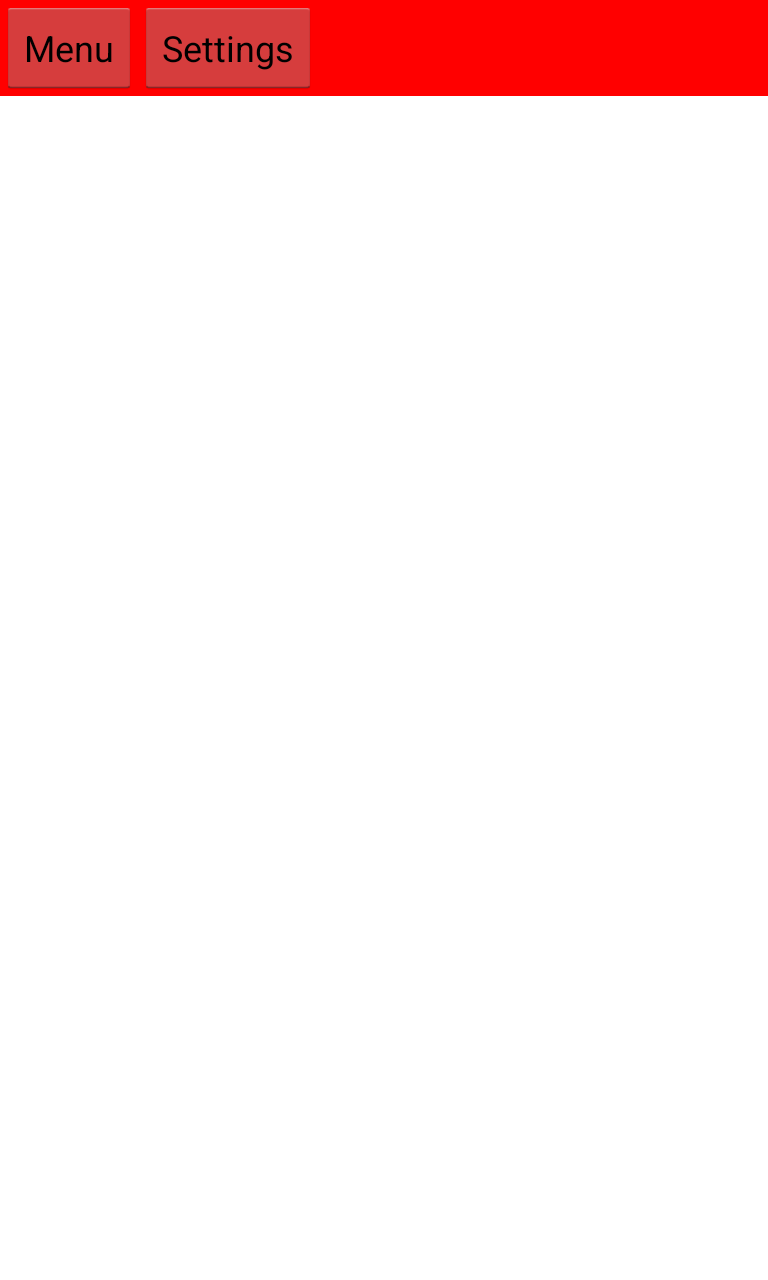
Repository: sbobra/women-startupweekend-sf
Layout: LaundryList/res/layout/activity_explore.xml
The author's editor kept a copy of each file at every save. The layout is drawn from the files as they stood at one save, then again after a run of saves.
It is drawn on a 768 x 1280 px phone screen (xhdpi) without system bars, with theme AppTheme; the app's code is not run. Lists and similar views that code fills are empty.

Above is the layout before, as saved 2013-09-15 03:18:14.

After the next 2 saves:
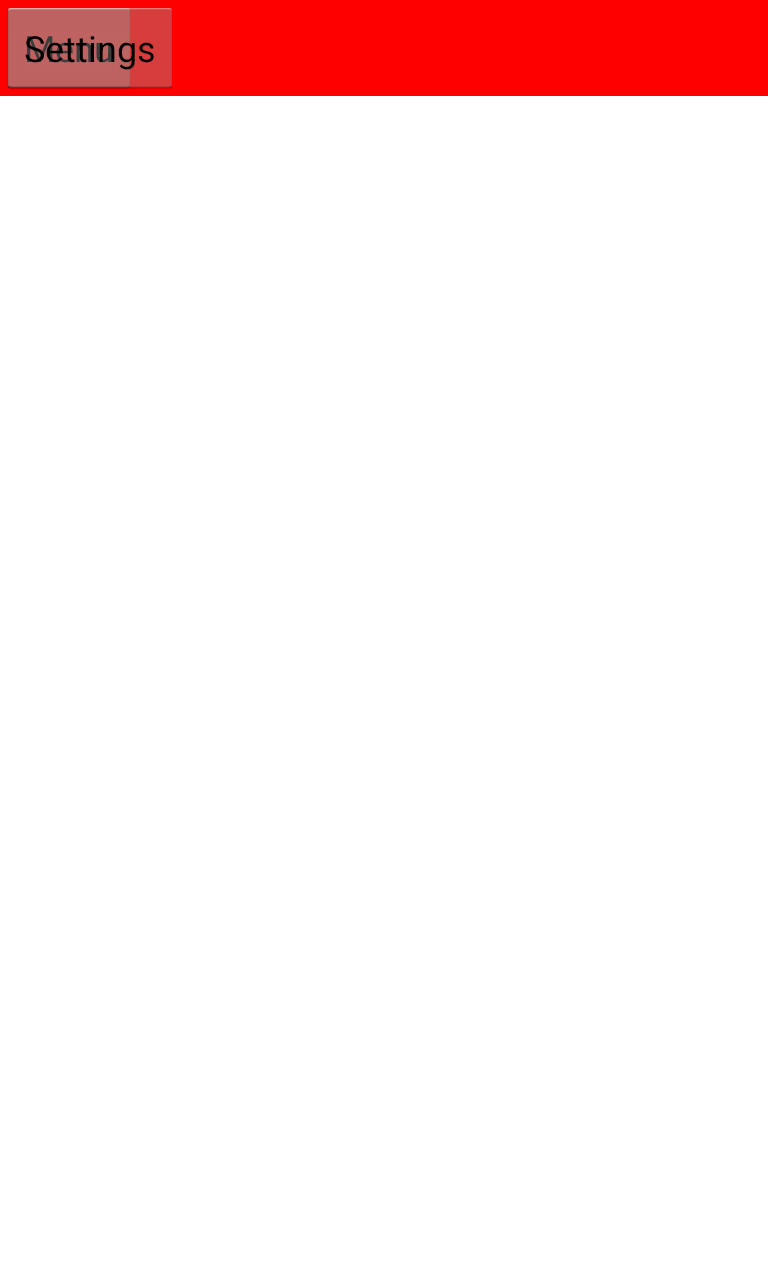
The 2 saves are shown as one change because 1 did not build or start.
The last was saved 2 min 27 s later.
--- a/LaundryList/res/layout/activity_explore.xml
+++ b/LaundryList/res/layout/activity_explore.xml
@@ -19,7 +19,7 @@
     android:layout_height="match_parent"
     android:orientation="vertical" >
 
-<LinearLayout
+<RelativeLayout
     android:layout_width="match_parent"
     android:layout_height="wrap_content"
     android:orientation="horizontal"
@@ -35,9 +35,8 @@
         android:id="@+id/settingsButton"
         android:layout_width="wrap_content"
         android:layout_height="wrap_content"
-        android:layout_gravity="right"
         android:text="Settings" />
-    </LinearLayout>
+    </RelativeLayout>
 
     <android.support.v4.view.ViewPager
         android:id="@+id/pager"
